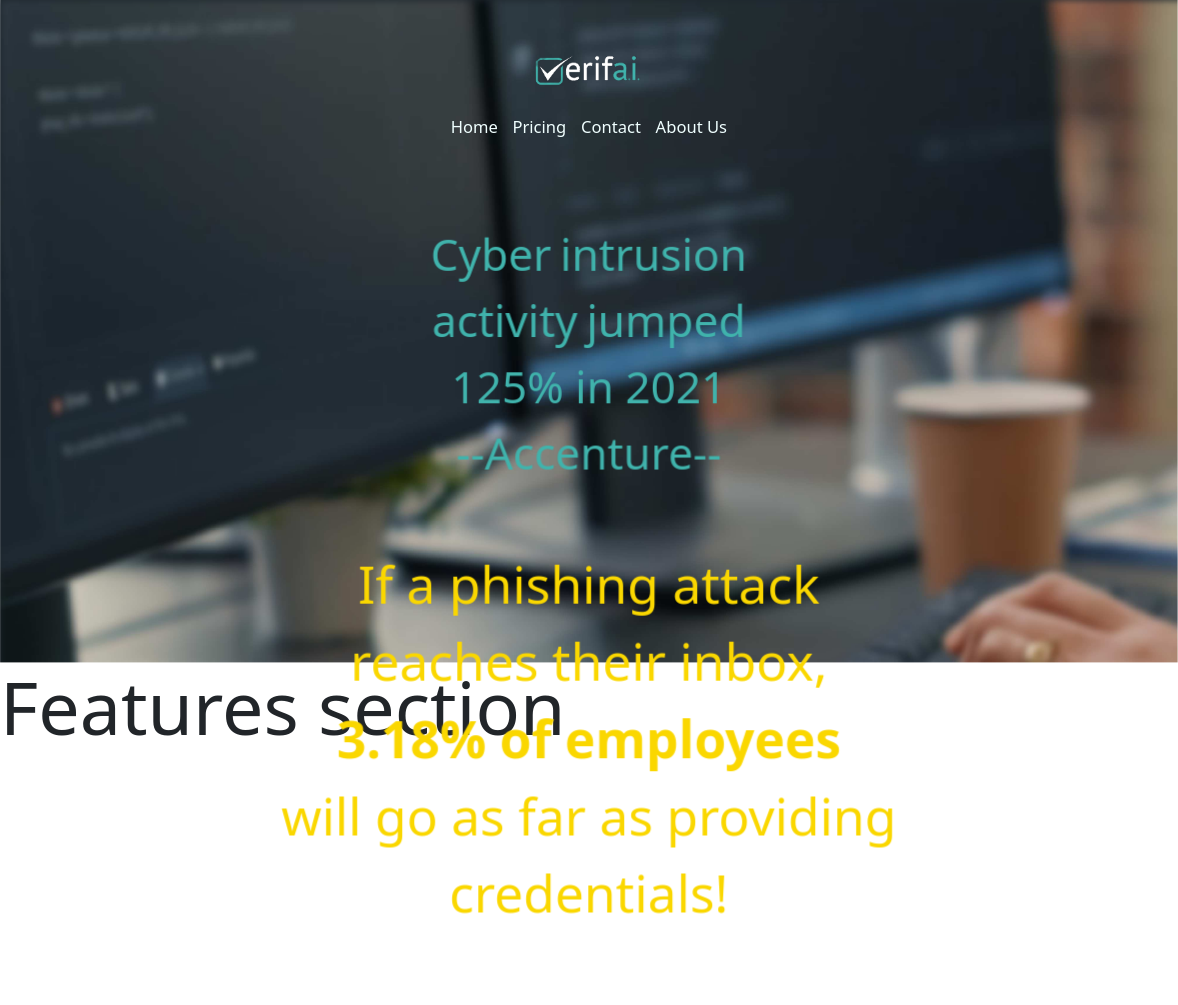
Repository: Ali-VB/verif-website
Page: /
An editor plug-in stored every save of this project. The page is shown before and after the next save, followed by the edit.
The browser window is 1280 px wide. The pictures show the whole page, at 92% of full size.
The project was rebuilt for these pictures with package versions that can differ from the ones it lists, and the page was loaded fresh each time.

Above is the page before, as saved 2022-04-19 09:43:22.

### src/index.css
 body {
  margin: 0;
  padding: 0;
  font-family: -apple-system, BlinkMacSystemFont, 'Segoe UI', 'Roboto', 'Oxygen',
    'Ubuntu', 'Cantarell', 'Fira Sans', 'Droid Sans', 'Helvetica Neue',
    sans-serif;
  -webkit-font-smoothing: antialiased;
  -moz-osx-font-smoothing: grayscale;
}

/* code {
  font-family: source-code-pro, Menlo, Monaco, Consolas, 'Courier New',
    monospace;
}  */

### src/App.js
import React from "react";
import './App.css'
import Navbar from './components/Navbar/Navbar';
import Features from './components/Features/Features'
import Header from './components/Header/Header'


function App() {
  return (
    <div>
      <div className="nav-bg">
        <Navbar />
        <Header />

      </div>
       <Features />
    </div>

  );
}

export default App;

### src/App.css

.nav-bg{
    background-image: url("./Assets/imgs/nav-bg.png");
    height: 100vh;
}

### src/components/Navbar/Navbar.jsx
import React from "react";
import "./Navbar.css";
import verifLogo from "../../Assets/imgs/logo_verif_white.png";
import Header from "../Header/Header";

function Navbar() {
  return (
    <div className="container">
      <div className=" navbar">
        <img className="verif-logo" src={verifLogo} alt="verif-logo" />
        <ul className="navLink">
          <li>Home</li>
          <li>Pricing</li>
          <li>Contact</li>
          <li>About Us</li>
        </ul>
      </div>
    </div>
  );
}

export default Navbar;

### src/components/Features/Features.jsx
import React from 'react'

export default function
h1() {
  return (
    <div>
        <h1 className='display-1'>Features section </h1>
    </div>
  )
}

### src/components/Header/Header.jsx
import React from "react";
import "./Header.css";

export default function Header() {
  return (
    <div className="header-animated">
      <div className="text-first">
        <span className="text-first-span">Cyber</span>
        <span className="text-first-span">intrusion</span>
        <span className="text-first-span">activity</span>
        <span className="text-first-span">jumped</span>
        <span className="text-first-span">125% in 2021</span>
        <span className="text-first-span">--Accenture--</span>
      </div>
      <div className="text-second">
        <span className="text-second-span">If a phishing attack reaches their inbox,</span>
        <span className="text-second-span">3.18% of employees</span>
        <span className="text-second-span">
          will go as far as providing credentials!
        </span>
      </div>
    </div>
  );
}

### src/components/Navbar/Navbar.css

.navbar{
    display: flex;
    flex-direction: column;
    justify-content: center;
    height:10rem;
}
.verif-logo{
    width: 8rem;
    margin-top: 3rem;
}
.verif-logo:hover{
    cursor: pointer;
}
.navLink{
    margin: 0;
    padding:0;
    list-style-type: none;
    display: flex;
    color: azure;
    font-size: 18px;
    gap: 1rem;

}
.navLink:hover{
    cursor: pointer;
}

### src/components/Header/Header.css
.header-animated{
    overflow-wrap:break-word;
    margin:0 auto;
    padding: 3rem 5rem;
}

.text-first {
    padding: 2rem 2rem;
    color: #40B3AC;
    font-size:3rem;
    width: 40%;
    margin: 0 auto;
    text-align: center;
    transform: scale(0.94);
    animation: scale 2s forwards cubic-bezier(0.5, 1, 0.89, 1);
  }
.text-second {
    padding: 2rem 2rem;
    color: #FAD700;
    font-size:3.5rem;
    width: 70%;
    margin: 0 auto;
    text-align: center;
    transform: scale(0.94);
    animation: scale 3s forwards cubic-bezier(0.5, 1, 0.89, 1);
  }
  @keyframes scale {
    100% {
      transform: scale(1);
    }
  }

  .text-first-span {
    display: inline-block;
    opacity: 0;
    filter: blur(4px);
  }

  .text-first-span:nth-child(1) {
    animation: fade-in 1s 0.1s forwards cubic-bezier(0.11, 0, 0.5, 0);
    margin: 0 0.3rem;
  }

  .text-first-span:nth-child(2) {
    animation: fade-in 1s 0.3s forwards cubic-bezier(0.11, 0, 0.5, 0);
    margin: 0 0.3rem;
  }

  .text-first-span:nth-child(3) {
    animation: fade-in 1s 0.5s forwards cubic-bezier(0.11, 0, 0.5, 0);
    margin: 0 0.3rem;
  }

  .text-first-span:nth-child(4) {
    animation: fade-in 1s 0.7s forwards cubic-bezier(0.11, 0, 0.5, 0);
    margin: 0 0.3rem;
  }

  .text-first-span:nth-child(5) {
    animation: fade-in 1s 0.9s forwards cubic-bezier(0.11, 0, 0.5, 0);
    margin: 0 0.3rem;
  }
  .text-first-span:nth-child(6) {
    animation: fade-in 1s 0.9s forwards cubic-bezier(0.11, 0, 0.5, 0);
    margin: 0 0.3rem;
  }

  .text-second-span {
    display: inline-block;
    opacity: 0;
    filter: blur(4px);
  }

  .text-second-span:nth-child(1) {
    animation: fade-in 1.2s 2.2s forwards cubic-bezier(0.11, 0, 0.5, 0);
    margin: 0 0.3rem;
  }

  .text-second-span:nth-child(2) {
    animation: fade-in 1.8s 2.6s forwards cubic-bezier(0.11, 0, 0.5, 0);
    margin: 0 0.3rem;
    font-weight: bolder;
  }

  .text-second-span:nth-child(3) {
    animation: fade-in 1.2s 3.6s forwards cubic-bezier(0.11, 0, 0.5, 0);
    margin: 0 0.3rem;
  }


  @keyframes fade-in {
    100% {
      opacity: 1;
      filter: blur(0);
    }
  }

  @media only screen and (-width: 1200px) {
    .text-first {
        margin-top: 3rem;
        margin-bottom: 2rem;
        padding: 0.1rem 0.1rem;
        width: 90%;
        font-size:3.5rem;


      }
      .text-second {
        padding: 0.1rem 0.1rem;
        width: 90%;
        font-size:4rem;

      }
  }

  @media only screen and (max-width: 768px) {
    .text-first {
        margin-top: 4.5rem;
        margin-bottom: 3rem;
        padding: 0.1rem 0.1rem;
        width: 90%;
        font-size:1.5rem;


      }
    .text-second {
        padding: 0.1rem 0.1rem;
        width: 90%;
        font-size:2.1rem;

      }
  }

Loaded but not shown: public/index.html (common file); src/index.js (common file); src/reportWebVitals.js (common file)

After the next save:
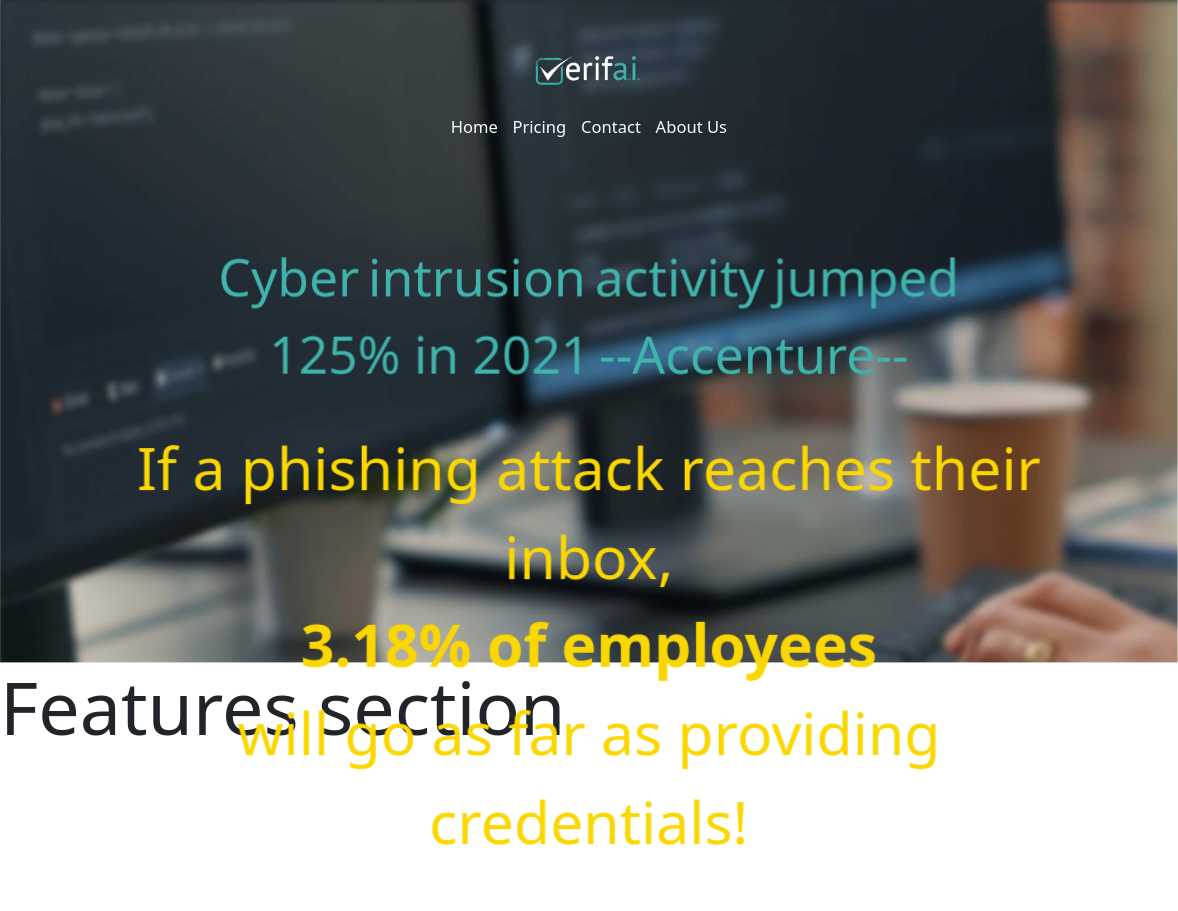
Saved 4 s later.
--- a/src/components/Header/Header.css
+++ b/src/components/Header/Header.css
@@ -95,7 +95,7 @@
     }
   }
 
-  @media only screen and (-width: 1200px) {
+  @media only screen and (min-width: 1200px) {
     .text-first {
         margin-top: 3rem;
         margin-bottom: 2rem;
